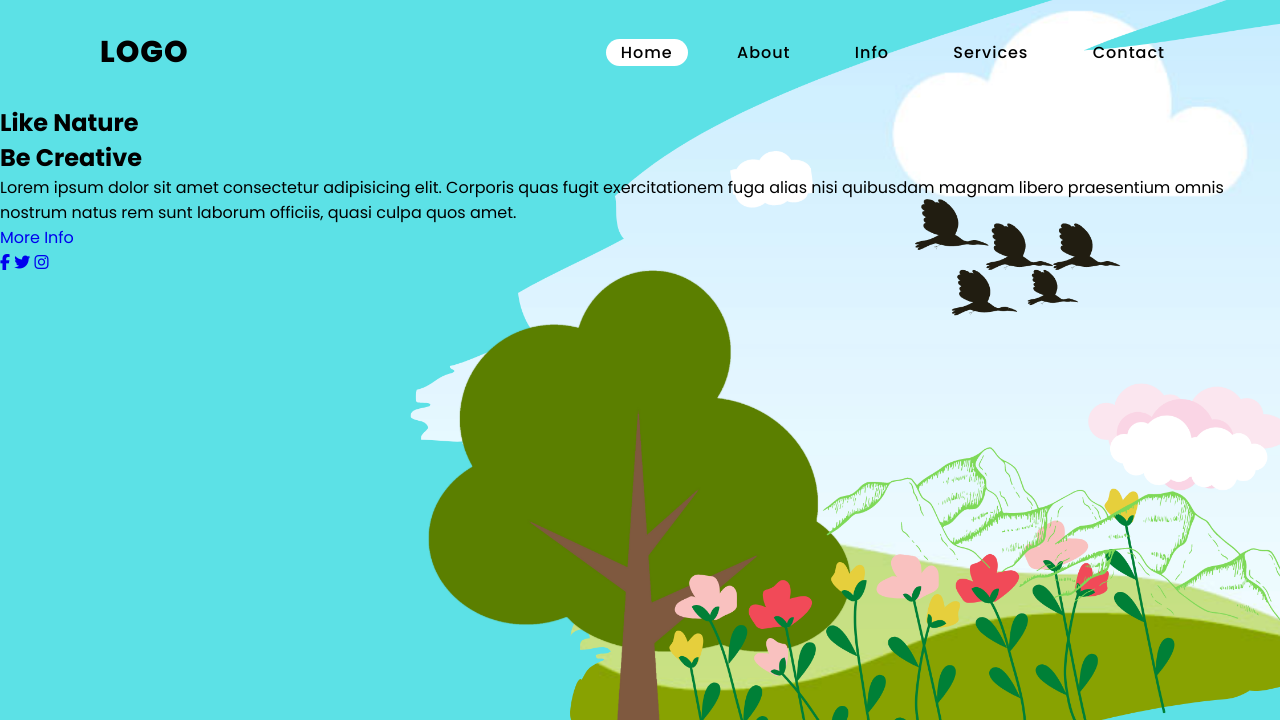
Repository: nganha241/CreativeNature
Page: index.html
An editor plug-in stored every save of this project. The page is shown before and after the next save, followed by the edit.
The browser window is 1280 px wide. The pictures show the whole page.
The pointer rests on the first visible `header .navigation a`.
Some web libraries are served in a nearby version.

Above is the page before, as saved 2022-06-18 08:47:41.

### index.html
<!DOCTYPE html>
<html lang="en">
  <head>
    <meta charset="UTF-8" />
    <meta http-equiv="X-UA-Compatible" content="IE=edge" />
    <meta name="viewport" content="width=device-width, initial-scale=1.0" />
    <title>Creative Nature</title>
    <link rel="stylesheet" href="style.css" />
    <script
      src="https://kit.fontawesome.com/ae971d7ee0.js"
      crossorigin="anonymous"
    ></script>
  </head>
  <body>
    <section>
      <header>
        <h2><a href="#" class="logo">Logo</a></h2>
        <div class="navigation">
          <a href="#">Home</a>
          <a href="#">About</a>
          <a href="#">Info</a>
          <a href="#">Services</a>
          <a href="#">Contact</a>
        </div>
      </header>
      <div class="content">
        <div class="info">
          <h2>Like Nature <br /><span>Be Creative</span></h2>
          <p>
            Lorem ipsum dolor sit amet consectetur adipisicing elit. Corporis
            quas fugit exercitationem fuga alias nisi quibusdam magnam libero
            praesentium omnis nostrum natus rem sunt laborum officiis, quasi
            culpa quos amet.
          </p>
          <a href="#" class="info-btn">More Info</a>
        </div>
      </div>
      <div class="media-ions">
        <a href="#"><i class="fa fa-facebook"></i></a>
        <a href="#"><i class="fa fa-twitter"></i></a>
        <a href="#"><i class="fa fa-instagram" aria-hidden="true"></i></a>
      </div>
    </section>
  </body>
</html>

### style.css
@import url('https://fonts.googleapis.com/css2?family=Poppins:wght@300;400;500;600;700;800;900&display=swap');

* {
    box-sizing: border-box;
    padding: 0;
    margin: 0;
    font-family: 'Poppins', sans-serif;
}

a {
    text-decoration: none;
}

section {
    position: relative;
    width: 100%;
    min-height: 100vh;
    display: flex;
    flex-direction: column;
    justify-content: flex-start;
    background: url("./bg.png");
    background-size: cover;
    background-position: center;
}

header {
    position: relative;
    top: 0;
    width: 100%;
    padding: 30px 100px;
    display: flex;
    justify-content: space-between;
    align-items: center;
}

header .logo {
    position: relative;
    color: #000;
    font-size: 30px;
    text-transform: uppercase;
    font-weight: 800;
    letter-spacing: 1px;
}

header .navigation a{
    color: #000;
    background: none;
    font-weight: 500;
    letter-spacing: 1px;
    padding: 2px 15px;
    border-radius: 20px;
    transition: 0.3ms;
    transition-property: background;
}

header .navigation a:not(:last-child) {
    margin-right: 30px;
}

header .navigation a:hover {
    background: #fff;
}

After the next save:
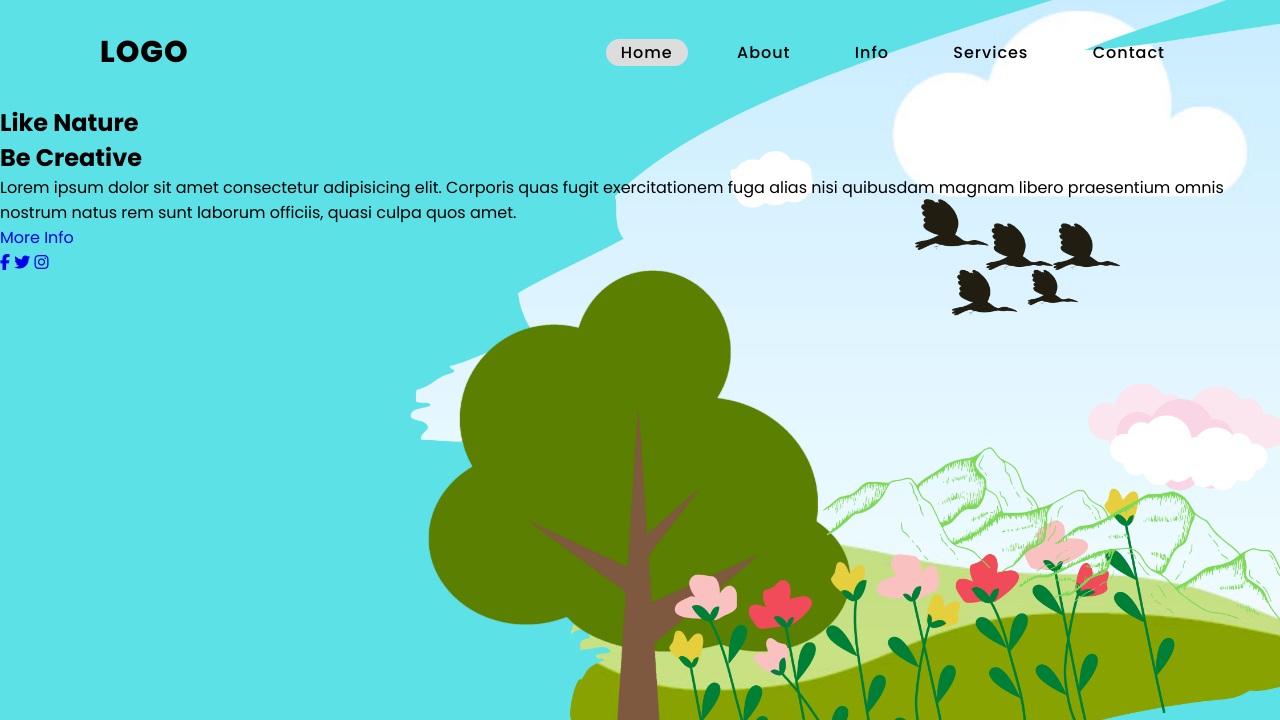
Saved 12 s later.
--- a/style.css
+++ b/style.css
@@ -58,5 +58,5 @@ header .navigation a:not(:last-child) {
 }
 
 header .navigation a:hover {
-    background: #fff;
+    background: #ddd;
 }
